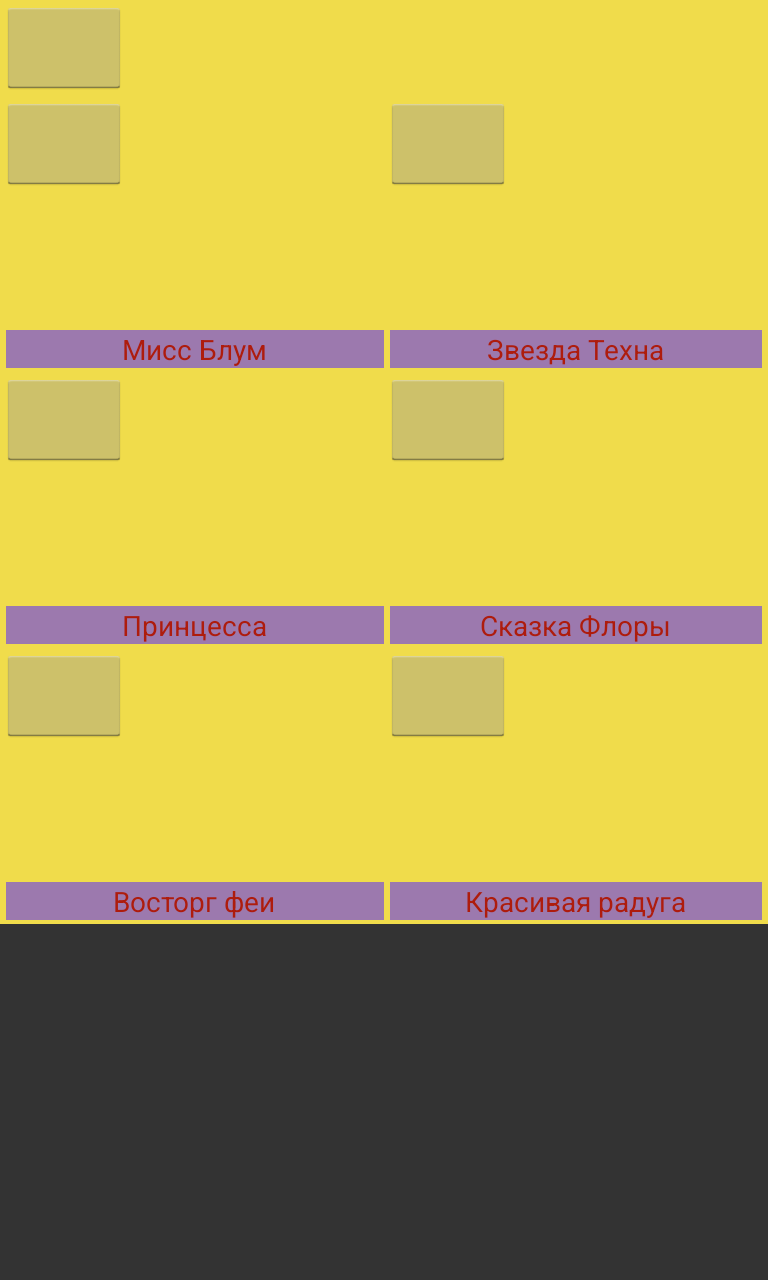
Repository: Skyremix/Winx
Layout: Winx/Winx/res/layout/stages.xml
An editor plug-in stored every save of this project. The layout is shown before and after the next save, followed by the edit.
It is drawn on a 768 x 1280 px phone screen (xhdpi) without system bars, with theme AppTheme; the app's code is not run.

Above is the layout before, as saved 2015-05-14 23:40:48.

After the next save:
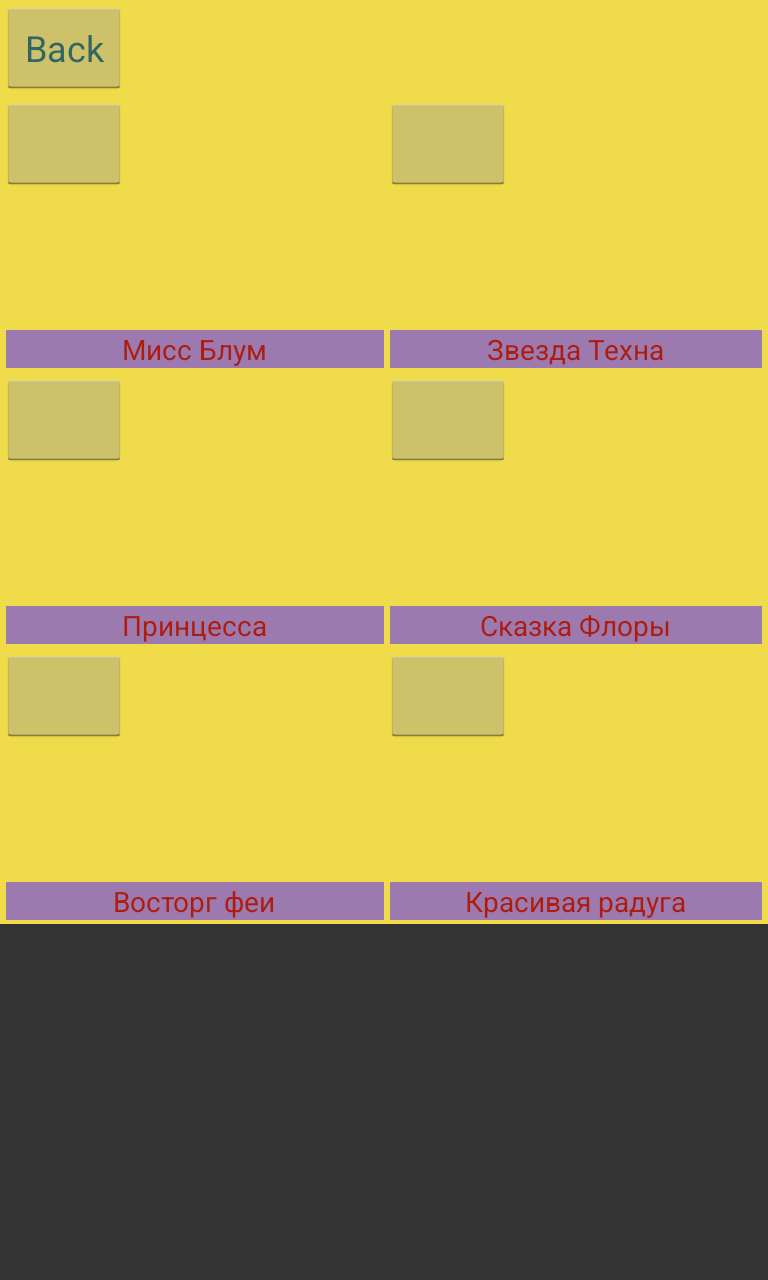
Saved 5 s later.
--- a/Winx/Winx/res/layout/stages.xml
+++ b/Winx/Winx/res/layout/stages.xml
@@ -21,7 +21,7 @@
                 android:layout_gravity="center_horizontal"
                 android:src="@drawable/buttons"
                 android:text="Back"
-                android:textColor="#31666"/>
+                android:textColor="#316664"/>
 
         </LinearLayout>
 
